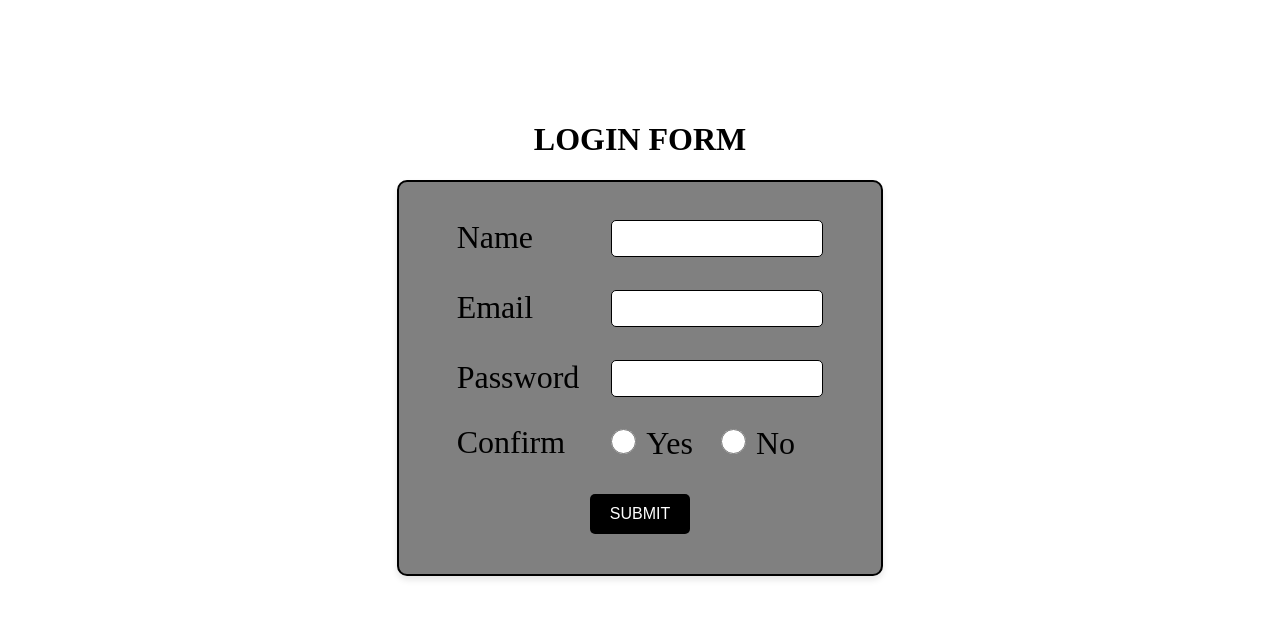
Repository: obusakthi539/Loginform
Page: Form.html
The author's editor kept a copy of each file at every save. The page is drawn from the files as they stood at one save, then again after the next save.
The browser window is 1280 px wide. The pictures show the whole page.

Above is the page before, as saved 2025-01-11 14:29:19.

After the next save:
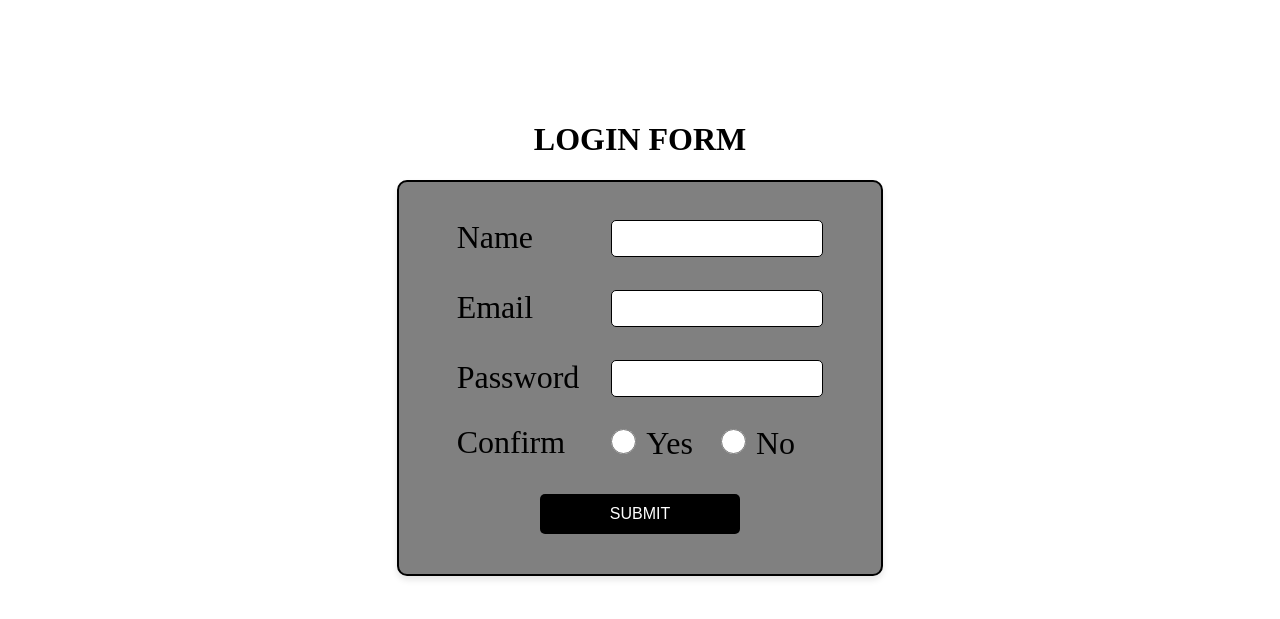
Saved 8 s later.
--- a/Form.html
+++ b/Form.html
@@ -39,7 +39,7 @@
         button {
             display: block;
             margin: 20px auto;
-            width: 100px;
+            width: 200px;
             height: 40px;
             background-color: black;
             color: white;
